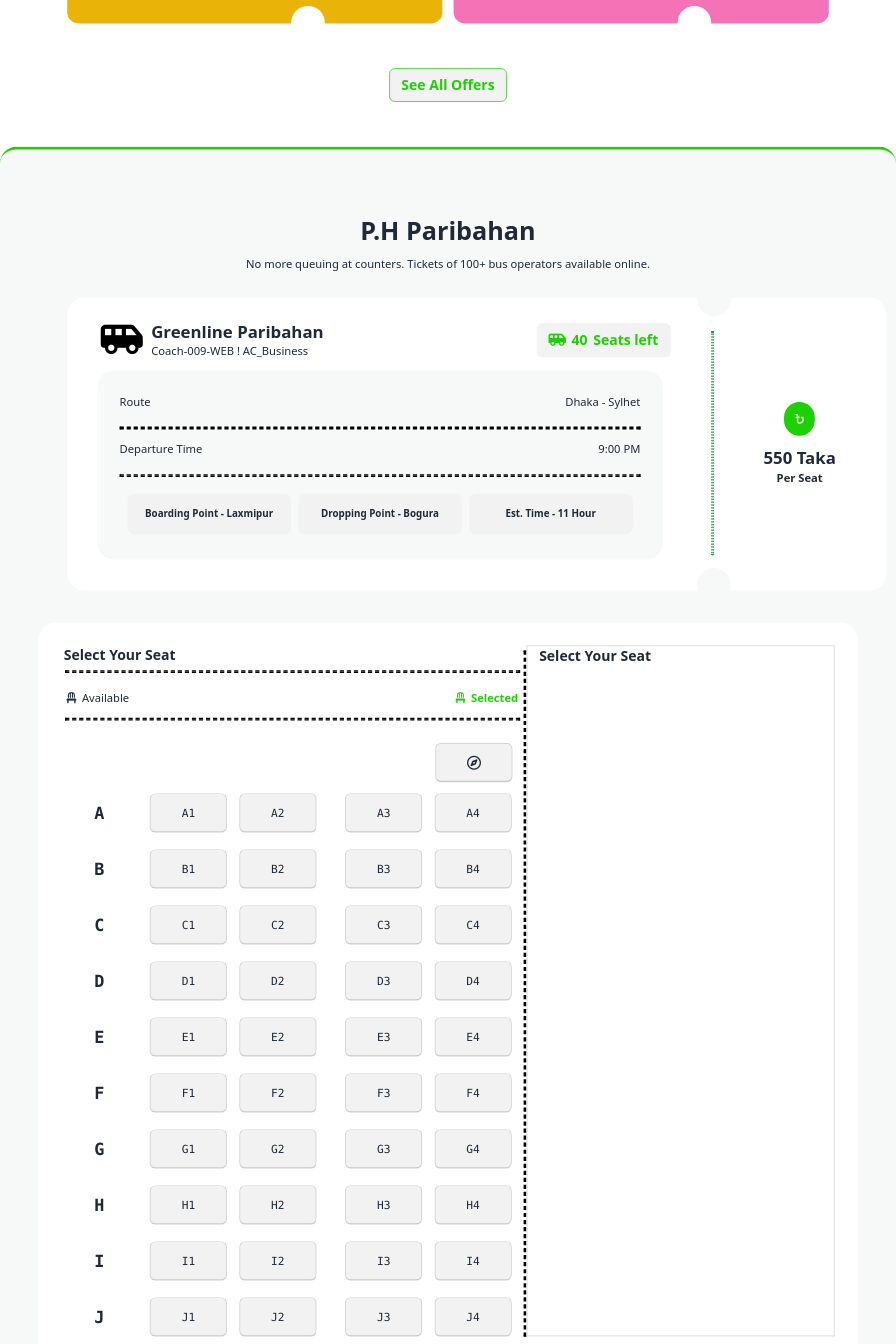
Repository: RudrasahaDibos/Smart-ticketing
Page: index.html
An editor plug-in stored every save of this project. The page is shown before and after the next save, followed by the edit.
The browser window is 1280 px wide. The pictures show the part of the page from y = 1109 to 3029 px (the page is 3054 px tall), at 70% of full size.
Some web fonts or font styles are not loaded; a fallback is used. Some web libraries are served in a nearby version.

Above is the page before, as saved 2024-11-10 15:47:46.

### index.html
<!DOCTYPE html>
<html lang="en">
  <head>
    <meta charset="UTF-8">
    <meta name="viewport" content="width=device-width, initial-scale=1.0">
    <title>Smart-ticketing</title>
    <!-- tailwind link -->
    <link href="https://cdn.jsdelivr.net/npm/daisyui@4.12.14/dist/full.min.css"
      rel="stylesheet" type="text/css" />
    <script src="https://cdn.tailwindcss.com"></script>
    <!-- font awesome link -->
    <link rel="stylesheet"
      href="https://cdnjs.cloudflare.com/ajax/libs/font-awesome/6.6.0/css/all.min.css"
      integrity="sha512-Kc323vGBEqzTmouAECnVceyQqyqdsSiqLQISBL29aUW4U/M7pSPA/gEUZQqv1cwx4OnYxTxve5UMg5GT6L4JJg=="
      crossorigin="anonymous" referrerpolicy="no-referrer" />

    <!-- google fonts  -->
    <link rel="preconnect" href="https://fonts.googleapis.com">
    <link rel="preconnect" href="https://fonts.gstatic.com" crossorigin>
    <link
      href="https://fonts.googleapis.com/css2?family=Anton+SC&family=Manrope:wght@200..800&family=Raleway:ital,wght@0,100..900;1,100..900&display=swap"
      rel="stylesheet">

    <style>
.raleway{
  font-family: "Raleway", sans-serif;
}
</style>

  </head>
  <body>
    <!-- header ends here -->
    <header class="container mx-auto lg:pl-24 lg:pr-24 lg:pt-4 w-[1400px]">
      <div>
        <!-- navbar starts here -->
        <div class="navbar bg-base-100">
          <div class="navbar-start">
            <div class="dropdown">
              <div tabindex="0" role="button" class="btn btn-ghost lg:hidden">
                <svg
                  xmlns="http://www.w3.org/2000/svg"
                  class="h-5 w-5"
                  fill="none"
                  viewBox="0 0 24 24"
                  stroke="currentColor">
                  <path
                    stroke-linecap="round"
                    stroke-linejoin="round"
                    stroke-width="2"
                    d="M4 6h16M4 12h8m-8 6h16" />
                </svg>
              </div>
              <ul
                tabindex="0"
                class="menu menu-sm dropdown-content bg-base-100 rounded-box z-[1] mt-3 w-52 p-2 shadow">
                <li><a>Home</a></li>
                <li><a>About</a></li>
                <li><a>Destination</a></li>
                <li><a>Search</a></li>
              </ul>
            </div>
            <a class="btn btn-ghost text-2xl font-extrabold">E-Ticket</a>
          </div>
          <div class="navbar-center hidden lg:flex">
            <ul class="menu menu-horizontal px-1">
              <li><a>Home</a></li>
              <li><a>About</a></li>
              <li><a>Destination</a></li>
              <li><a>Search</a></li>
            </ul>
          </div>
          <div class="navbar-end">
            <a class="btn text-[#1DD100]  border-1  text-xl">Bus <i
                class="fa-solid fa-van-shuttle"></i></a>
          </div>
        </div>
      </div>

      <!-- banner start here -->

      <div
        class="hero h-[550px] mt-8 bg-[url('/images/banner.png')] rounded-3xl relative">

        <div class="hero-content text-neutral-content text-center">
          <div class>
            <h1 class="mb-5 text-5xl font-extrabold">End-to-End Travel with <br>
              <span class="text-5xl text-[#1DD100]  font-extrabold">P
                Paribahan</span></h1>
            <p class="mb-5">
              A one-stop solution for your travel needs

              Introducing you to the Shohoz way of life
            </p>
            <button class="btn bg-[#1DD100] border-none">Buy Tickets</button>
          </div>
        </div>
      </div>

      <!-- banner end here -->

      <!-- 3 card start here  -->

      <div
        class=" flex justify-between items-center gap-4 pl-16 pr-16 absolute -bottom-4   ">
        <div
          class="stat flex bg-white justify-center items-center shadow-xl  border-b-4 border-b-[#1DD100]  rounded-2xl w-[338px] h-[138px]">
          <div class="text-[#1DD100] text-2xl font-extrabold ">
            <i class="fa-solid fa-users"></i>
          </div>

          <div>
            <div class="stat-value">500K+</div>
            <div class="stat-desc text-xl ">Registered users</div>
          </div>

        </div>

        <div
          class="stat flex bg-white justify-center items-center  border-b-4 border-b-[#1DD100] shadow-xl  rounded-2xl w-[338px] h-[138px]">
          <div class="text-[#1DD100] text-2xl font-extrabold ">
            <i class="fa-solid fa-ticket  "></i>

          </div>

          <div>
            <div class="stat-value">1.7 lacks</div>
            <div class="stat-desc text-xl ">Tickets sold</div>
          </div>

        </div>

        <div
          class="stat flex bg-white justify-center items-center  border-b-4 border-b-[#1DD100] shadow-xl  rounded-2xl w-[338px] h-[138px]">
          <div class="text-[#1DD100] text-2xl font-extrabold ">
            <i class="fa-solid fa-van-shuttle"></i>

          </div>

          <div>
            <div class="stat-value">80K+</div>
            <div class="stat-desc text-xl ">Rental partners</div>
          </div>

        </div>
      </div>

      <!-- 3 card ends here -->

      <!-- navbar Ends here -->
    </header>
    <!-- header ends here -->

    <!-- main start here -->
    <main class>
      <!-- Best offers for you start here -->
      <section
        class="mt-40 container mx-auto  lg:pl-24 lg:pr-24 lg:pt-4 w-[1400px]">
        <h1 class="text-4xl font-semibold text-center">Best offers for you</h1>
        <!-- two card start here -->
        <div class="flex  flex-col lg:flex-row gap-4 mt-10">
          <div class="bg-yellow-500  w-[573px] h-[220px]  rounded-2xl">

            <div>

              <div class=" w-[50%] mt-14 ml-14">
                <h1 class="text-4xl font-extrabold">15% OFF</h1>
                <p class="text-xl font-bold">on your next purchase</p>
                <p class="text-xl font-bold">use by January 2024</p>
              </div>

              <div class=" w-1/4 -mt-20 ml-auto mr-14  text-center">
                <h1 class="text-4xl font-extrabold">NEW15</h1>
                <p class="text-xl font-bold">Coupon Code</p>

              </div>
            </div>
            <p
              class="bg-white w-[48px] h-[48px] absolute mx-auto rounded-full ml-80 -mt-40  "></p>
            <p
              class="bg-white w-[48px] h-[48px] absolute mx-auto rounded-full ml-80 mt-[55px]  "></p>
            <p
              class="border-2 border-dotted border-white relative w-0 h-32 -mt-[95px] ml-[343px]  "></p>

          </div>
          <div class="bg-pink-400   w-[573px] h-[220px] rounded-2xl">
            <div>

              <div class=" w-[50%] mt-14 ml-14">
                <h1 class="text-4xl font-extrabold">20% OFF</h1>
                <p class="text-xl font-bold">on your next purchase</p>
                <p class="text-xl font-bold">use by January 2024</p>
              </div>

              <div class="  w-2/4 -mt-20 ml-[300px] mr-14  text-center">
                <h1 class="text-4xl font-extrabold">Couple 20</h1>
                <p class="text-xl font-bold">Coupon Code</p>

              </div>
            </div>
            <p
              class="bg-white w-[48px] h-[48px] absolute mx-auto rounded-full ml-80 -mt-40  "></p>
            <p
              class="bg-white w-[48px] h-[48px] absolute mx-auto rounded-full ml-80 mt-[55px]  "></p>
            <p
              class="border-2 border-dotted border-white relative w-0 h-32 -mt-[95px] ml-[343px]  "></p>
          </div>
        </div>
        <div class=" text-center mt-16">
          <a class="btn text-[#1DD100]  border-1 border-[#1DD100] text-xl">See
            All Offers
          </a>
        </div>
        <!-- two card end here -->
      </section>

      <!-- Best offers for you ends here -->
      <!-- tickeing process start here -->
      <section
        class="bg-[#F7F8F8] w-full min-h-screen rounded-3xl mt-16 border-t-4 border-t-[#1DD100]">

        <div class="container mx-auto  lg:pl-24 lg:pr-24 lg:pt-4 w-[1400px]">
          <h1 class="text-4xl font-semibold text-center mt-20">P.H Paribahan
          </h1>
          <p class=" text-center w-[736px] h-[60px] mx-auto mt-4">No more
            queuing at counters. Tickets of 100+ bus operators available online.
          </p>
          <!-- Greenline Paribahan  start here-->

          <div
            class="bg-[#FFFFFF] w-[1170px] h-[418px] rounded-3xl  container mx-auto p-8 flex justify-between ">
            <div class=" w-3/4">
              <!-- Coach-009-WEB ! AC_Business start here -->
              <div class="flex justify-between ">

                <div class="flex justify-center items-center gap-3 ml-4 ">
                  <div class="text-5xl text-black  ">
                    <i class="fa-solid fa-van-shuttle "></i>
                  </div>
                  <div>
                    <h1 class="text-2xl font-bold">Greenline Paribahan</h1>
                    <p>Coach-009-WEB ! AC_Business</p>
                  </div>
                </div>

                <div class="flex felx-col justify-end mt-1">
                  <a class="btn text-[#1DD100]  border-1  text-xl"> <i
                      class="fa-solid fa-van-shuttle"></i> <span>40</span> Seats
                    left </a>
                </div>
              </div>
              <!-- Coach-009-WEB ! AC_Business end here -->

              <!-- Dhaka - Sylhet starts here -->
              <div
                class="bg-[#F7F8F8] w-[808px] h-[270px] mt-4 mx-auto rounded-3xl">

                <div class>
                  <div class="flex justify-between p-4 ">
                    <h1 class="ml-4 mt-4">Route</h1>
                    <h1 class="mr-4 mt-4">Dhaka - Sylhet</h1>
                  </div>

                  <div
                    class="border-dashed border-black border-2 mt-2  w-[744px] mx-auto h-0"></div>

                  <div class="flex justify-between p-4 ">
                    <h1 class="ml-4">Departure Time</h1>
                    <h1 class="mr-4">9:00 PM</h1>
                  </div>
                  <div
                    class="border-dashed border-black border-2 mt-2  w-[744px] mx-auto h-0"></div>

                  <div class="mt-2 p-4 flex justify-center items-center gap-3">
                    <button class="btn   w-[232px] h-[56px]">Boarding Point -
                      Laxmipur</button>
                    <button class="btn  w-[232px] h-[56px]">Dropping Point -
                      Bogura</button>
                    <button class="btn  w-[232px] h-[56px]">Est. Time - 11
                      Hour</button>
                  </div>
                </div>
              </div>
              <!-- Dhaka - Sylhet end here -->

            </div>

            <div
              class=" text-center flex flex-col justify-center items-center mr-10">
              <i
                class="fa-solid fa-bangladeshi-taka-sign bg-[#1DD100] rounded-full  p-4 text-white "></i>
              <h1 class="text-2xl font-semibold mt-4"><span>550</span> Taka</h1>
              <p class="font-bold">Per Seat</p>
            </div>

          </div>
          <p
            class="bg-[#F7F8F8] w-[48px] h-[48px] absolute mx-auto rounded-full ml-[900px] -mt-[440px]  "></p>
          <p
            class="bg-[#F7F8F8] w-[48px] h-[48px] absolute mx-auto rounded-full ml-[900px] -mt-8  "></p>
          <p
            class="border-2 border-dotted border-green-600 relative w-0 h-80 -mt-[370px] ml-[920px]  "></p>

          <!-- Greenline Paribahan  ends here-->
        </div>

        <!-- Select Your Seat star here  -->
        <div
          class="bg-[#FFFFFF] w-[1170px] h-[1056px] rounded-3xl mt-24 container mx-auto  ">

          <div class="flex justify-between p-8">
            <div class="w-3/5 ">
              <p class="font-semibold text-xl ml-1">Select Your Seat</p>
              <div
                class="border-dashed border-black border-2 mt-2  w-[650px] mx-auto h-0"></div>
              <!-- seat available start here -->
              <div class="flex justify-between mt-4">

                <div class="flex gap-2 justify-center items-center p-2 ">
                  <i class="fa-solid fa-chair"></i>
                  <p>Available</p>
                </div>
                <div
                  class="flex gap-2 justify-center items-center p-2 text-[#1DD100] ">
                  <i class="fa-solid fa-chair font-bold"></i>
                  <p class="font-bold">Selected</p>
                </div>

              </div>
              <!-- seat available ends here -->
              <div
                class="border-dashed border-black border-2 mt-2  w-[650px] mx-auto h-0"></div>
                <!-- seat planing start here -->
               <div class="mt-8">
                    <div class="text-end  mr-4">
                      <kbd class="kbd  h-[56px] w-[110px] text-center mx-auto "><i class="fa-regular fa-compass text-xl"></i></kbd>
                    </div>
                    <!-- seat  start here-->
                     <div class="flex  justify-between">
                          <!-- seat is with door start -->
                          <div class="grid grid-cols-3  w-3/5 ">
                                  <div class="mx-auto mt-4 space-y-6">
                                    <kbd class="kbd  w-[110px] h-[56px] bg-[#ffffff]  border-none font-bold text-2xl">A</kbd>
                                    <kbd class="kbd  w-[110px] h-[56px]  bg-[#ffffff] border-none font-bold text-2xl">B</kbd>
                                    <kbd class="kbd  w-[110px] h-[56px]  bg-[#ffffff] border-none font-bold text-2xl">C</kbd>
                                    <kbd class="kbd  w-[110px] h-[56px]  bg-[#ffffff] border-none font-bold text-2xl">D</kbd>
                                    <kbd class="kbd  w-[110px] h-[56px]  bg-[#ffffff] border-none font-bold text-2xl">E</kbd>
                                    <kbd class="kbd  w-[110px] h-[56px]  bg-[#ffffff] border-none font-bold text-2xl">F</kbd>
                                    <kbd class="kbd  w-[110px] h-[56px]  bg-[#ffffff] border-none font-bold text-2xl">G</kbd>
                                    <kbd class="kbd  w-[110px] h-[56px]  bg-[#ffffff] border-none font-bold text-2xl">H</kbd>
                                    <kbd class="kbd  w-[110px] h-[56px]  bg-[#ffffff] border-none font-bold text-2xl">I</kbd>
                                    <kbd class="kbd  w-[110px] h-[56px]  bg-[#ffffff] border-none font-bold text-2xl">J</kbd>
                                  </div>

                                  <div class="mt-4 space-y-6">
                                    <kbd class="kbd w-[110px] h-[56px] ">A1</kbd>
                                    <kbd class="kbd w-[110px] h-[56px] ">B1</kbd>
                                    <kbd class="kbd w-[110px] h-[56px] ">C1</kbd>
                                    <kbd class="kbd w-[110px] h-[56px] ">D1</kbd>
                                    <kbd class="kbd w-[110px] h-[56px] ">E1</kbd>
                                    <kbd class="kbd w-[110px] h-[56px] ">F1</kbd>
                                    <kbd class="kbd w-[110px] h-[56px] ">G1</kbd>
                                    <kbd class="kbd w-[110px] h-[56px] ">H1</kbd>
                                    <kbd class="kbd w-[110px] h-[56px] ">I1</kbd>
                                    <kbd class="kbd w-[110px] h-[56px] ">J1</kbd>
                                  </div>

                                  <div class="mt-4 space-y-6">
                                    <kbd class="kbd w-[110px] h-[56px] ">A2</kbd>
                                    <kbd class="kbd w-[110px] h-[56px] ">B2</kbd>
                                    <kbd class="kbd w-[110px] h-[56px] ">C2</kbd>
                                    <kbd class="kbd w-[110px] h-[56px] ">D2</kbd>
                                    <kbd class="kbd w-[110px] h-[56px] ">E2</kbd>
                                    <kbd class="kbd w-[110px] h-[56px] ">F2</kbd>
                                    <kbd class="kbd w-[110px] h-[56px] ">G2</kbd>
                                    <kbd class="kbd w-[110px] h-[56px] ">H2</kbd>
                                    <kbd class="kbd w-[110px] h-[56px] ">I2</kbd>
                                    <kbd class="kbd w-[110px] h-[56px] ">J2</kbd>
                                  </div>
                          </div>
                         <!-- seat is with door end -->

                          <!-- seat is driver start -->
                            <div class="grid grid-cols-2   w-2/5 ml-6">
                                    <div class="mx-auto mt-4 space-y-6">
                                      <kbd class="kbd w-[110px] h-[56px] ">A3</kbd>
                                      <kbd class="kbd w-[110px] h-[56px] ">B3</kbd>
                                      <kbd class="kbd w-[110px] h-[56px] ">C3</kbd>
                                      <kbd class="kbd w-[110px] h-[56px] ">D3</kbd>
                                      <kbd class="kbd w-[110px] h-[56px] ">E3</kbd>
                                      <kbd class="kbd w-[110px] h-[56px] ">F3</kbd>
                                      <kbd class="kbd w-[110px] h-[56px] ">G3</kbd>
                                      <kbd class="kbd w-[110px] h-[56px] ">H3</kbd>
                                      <kbd class="kbd w-[110px] h-[56px] ">I3</kbd>
                                      <kbd class="kbd w-[110px] h-[56px] ">J3</kbd>
                                    </div>
                                    <div class="mx-auto mt-4 space-y-6">
                                      <kbd class="kbd w-[110px] h-[56px] ">A4</kbd>
                                      <kbd class="kbd w-[110px] h-[56px] ">B4</kbd>
                                      <kbd class="kbd w-[110px] h-[56px] ">C4</kbd>
                                      <kbd class="kbd w-[110px] h-[56px] ">D4</kbd>
                                      <kbd class="kbd w-[110px] h-[56px] ">E4</kbd>
                                      <kbd class="kbd w-[110px] h-[56px] ">F4</kbd>
                                      <kbd class="kbd w-[110px] h-[56px] ">G4</kbd>
                                      <kbd class="kbd w-[110px] h-[56px] ">H4</kbd>
                                      <kbd class="kbd w-[110px] h-[56px] ">I4</kbd>
                                      <kbd class="kbd w-[110px] h-[56px] ">J4</kbd>
                                    </div>
                            </div>
                            <!-- seat is driver end -->
                     </div>

                     <!-- seat end here -->
               </div>

               <!-- seat planing end here -->



            </div>









            <div
              class="border-dashed border-black border-2 mt-2  w-[0px] mx-auto h-[980px]"></div>

            <div class="border-2  w-2/5 ">
              <p class="font-semibold text-xl ml-4">Select Your Seat</p>
              <div
                class="border-dashed border-black border-1 mt-2  w-[400px] mx-auto h-0"></div>
            </div>
          </div>

        </div>

        <!-- Select Your Seat end here  -->

      </section>
      <!-- tickeing process ends here -->

    </main>
    <!-- main ends here -->

    <!-- js add -->
    <script src="index.js"></script>
  </body>
</html>

Loaded but not shown: index.js (common file)

After the next save:
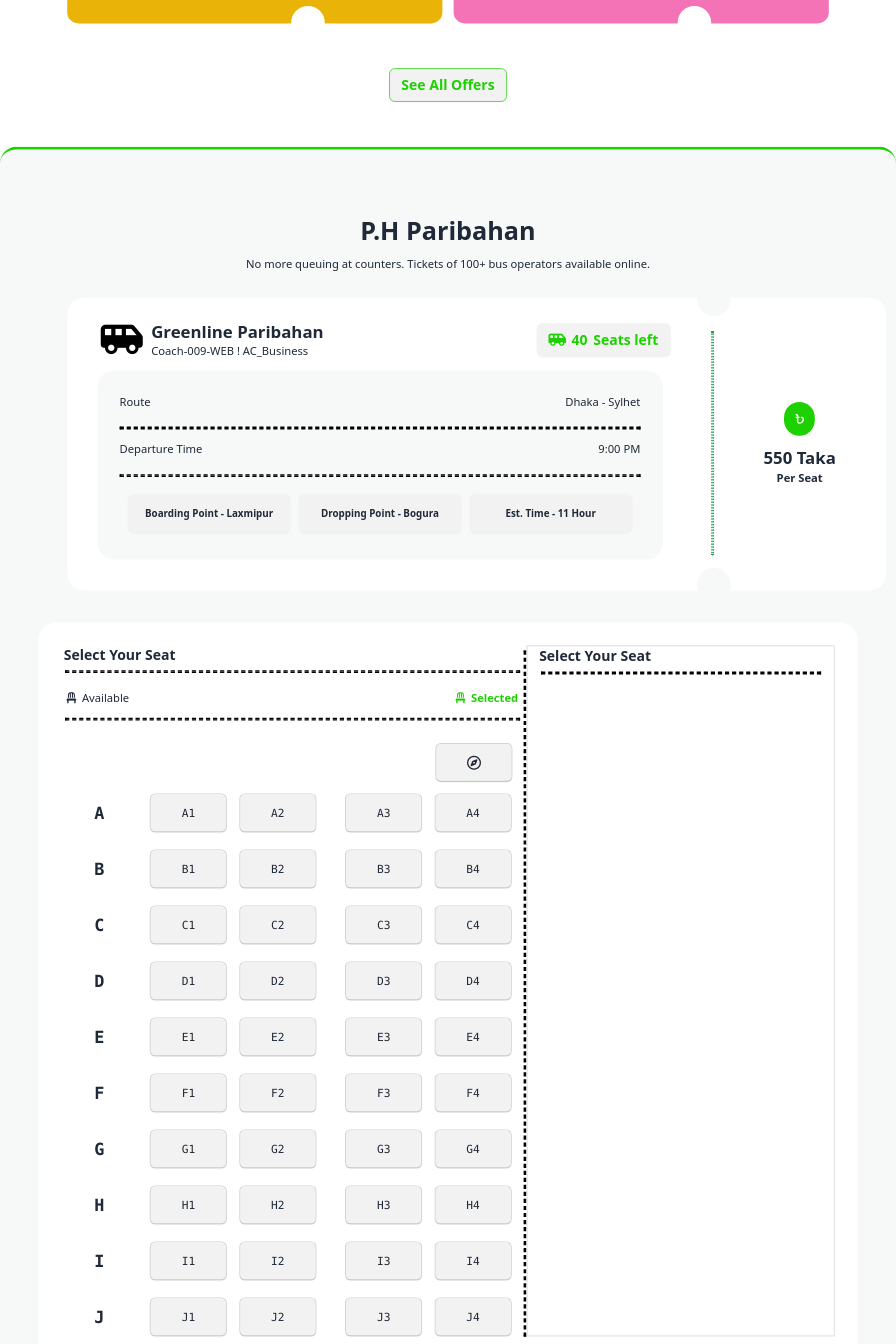
Saved 4 s later.
--- a/index.html
+++ b/index.html
@@ -432,7 +432,7 @@
             <div class="border-2  w-2/5 ">
               <p class="font-semibold text-xl ml-4">Select Your Seat</p>
               <div
-                class="border-dashed border-black border-1 mt-2  w-[400px] mx-auto h-0"></div>
+                class="border-dashed border-black border-2 mt-2  w-[400px] mx-auto h-0"></div>
             </div>
           </div>
 
